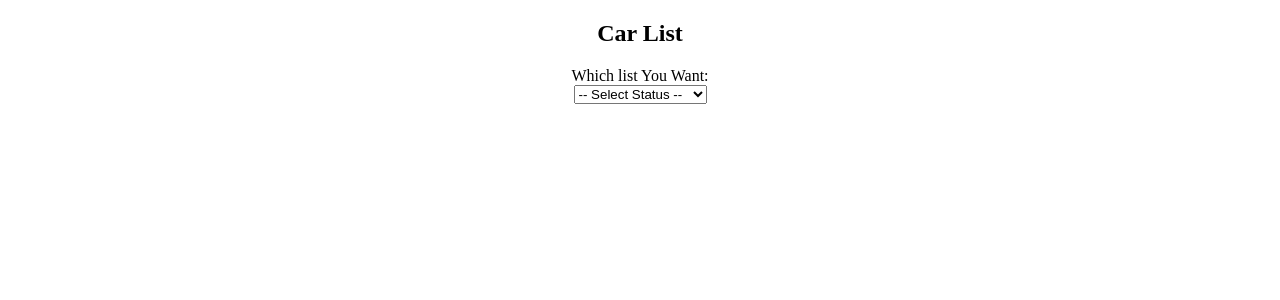
Repository: harsh23012/InfiniteProjects
Page: CarRent/carrent/src/main/webapp/AvailVehicle.html
An editor plug-in stored every save of this project. The page is shown before and after the next save, followed by the edit.
The browser window is 1280 px wide. The pictures show the whole page.

Above is the page before, as saved 2025-05-02 11:18:15.

### CarRent/carrent/src/main/webapp/AvailVehicle.html
<!DOCTYPE html>
<html>
<head>
<meta charset="UTF-8">
<title>Insert title here</title>
</head>
<body>

	<form method="get" action="carListServlet">
        <center>
            <h2>Car List</h2>

            Which list You Want: <br>
            <select name="status" required>
                <option value="">-- Select Status --</option>
                <option value="available">Available Cars</option>
                <option value="notAvailable">Not Available Cars</option>
            </select><br><br>
        </center>
    </form>

</body>
</html>

After the next save:
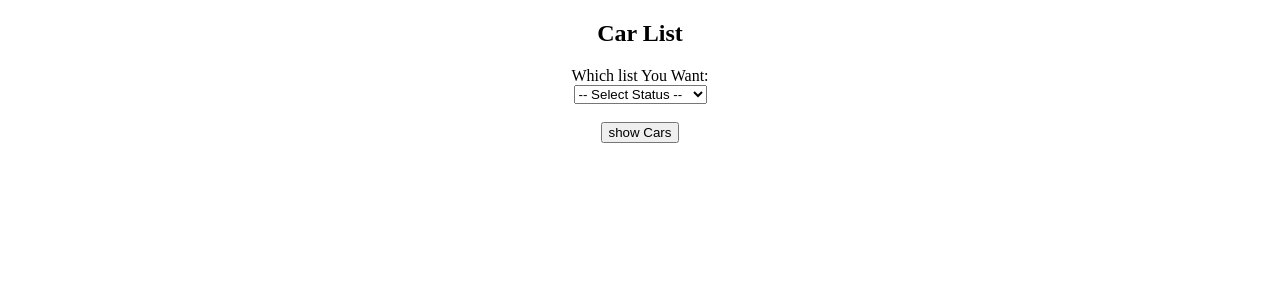
Saved 63 s later.
--- a/CarRent/carrent/src/main/webapp/AvailVehicle.html
+++ b/CarRent/carrent/src/main/webapp/AvailVehicle.html
@@ -16,6 +16,7 @@
                 <option value="available">Available Cars</option>
                 <option value="notAvailable">Not Available Cars</option>
             </select><br><br>
+             <input type="submit" value="show Cars" />
         </center>
     </form>
 
